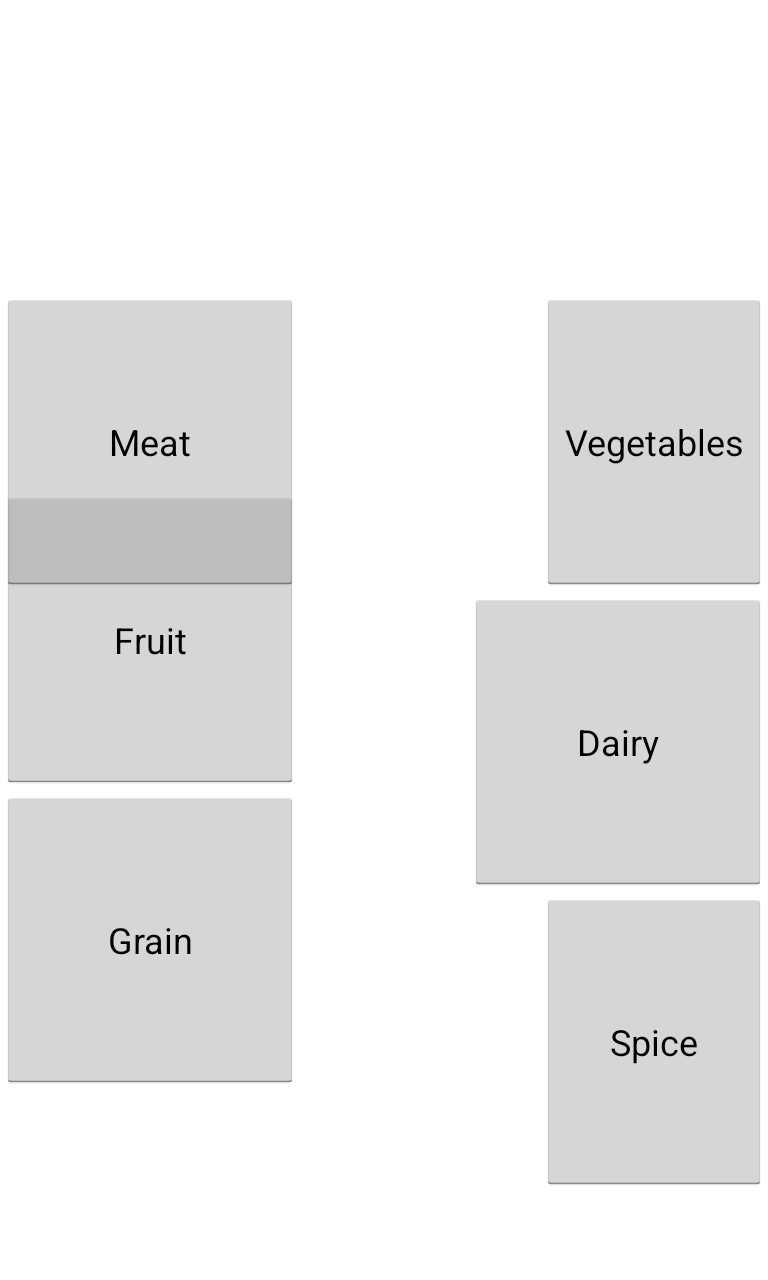
Repository: jmwood22/Boyardroid
Layout: Boyardroid/res/layout/activity_quick_recipe.xml
These files come from the project's save history. The layout is drawn as it stood at one moment and after the next save; the edit follows.
It is drawn on a 768 x 1280 px phone screen (xhdpi) without system bars, with theme AppTheme; the app's code is not run.

Above is the layout before, as saved 2013-02-22 02:01:39.

### Boyardroid/res/layout/activity_quick_recipe.xml
<RelativeLayout xmlns:android="http://schemas.android.com/apk/res/android"
    xmlns:tools="http://schemas.android.com/tools"
    android:layout_width="match_parent"
    android:layout_height="match_parent"
    tools:context=".QuickRecipe" >

    <Button
        android:id="@+id/spices"
        android:layout_width="150dp"
        android:layout_height="150dp"
        android:layout_alignBaseline="@+id/grains"
        android:layout_alignBottom="@+id/grains"
        android:layout_alignLeft="@+id/vegetables"
        android:text="@string/spice" />

    <Button
        android:id="@+id/vegetables"
        android:layout_width="wrap_content"
        android:layout_height="150dp"
        android:layout_above="@+id/dairy"
        android:layout_alignParentRight="true"
        android:text="@string/vegetable" />

    <Button
        android:id="@+id/fruit"
        android:layout_width="150dp"
        android:layout_height="150dp"
        android:layout_alignParentLeft="true"
        android:layout_centerVertical="true"
        android:text="@string/title_activity_fruit" />

    <Button
        android:id="@+id/meat"
        android:layout_width="150dp"
        android:layout_height="150dp"
        android:layout_above="@+id/dairy"
        android:layout_alignParentLeft="true"
        android:text="@string/meat" />

    <Button
        android:id="@+id/dairy"
        android:layout_width="150dp"
        android:layout_height="150dp"
        android:layout_alignBaseline="@+id/fruit"
        android:layout_alignBottom="@+id/fruit"
        android:layout_alignParentRight="true"
        android:text="@string/dairy" />

    <Button
        android:id="@+id/grains"
        android:layout_width="150dp"
        android:layout_height="150dp"
        android:layout_alignParentLeft="true"
        android:layout_below="@+id/fruit"
        android:text="@string/grain" />

</RelativeLayout>

### Boyardroid/res/values/strings.xml
<?xml version="1.0" encoding="utf-8"?>
<resources>

    <string name="app_name">BoyarDroid</string>
    <string name="quick_recipe">Quick Recipe</string>
    <string name="menu_settings">Settings</string>
    <string name="title_activity_quck_recipe">QuckRecipe</string>
    <string name="title_activity_quick_recipe">QuickRecipe</string>
    <string name="find_recipe">Find Recipes</string>
    <string name="hello_world">Hello world!</string>
    <string name="title_activity_home_screen">HomeScreen</string>
    <string name="title_activity_fridge">Fridge</string>
    <string name="fridge_button">Fridge</string>
    <string name="dinner_button">Dinner</string>
    <string name="breakfast_button">Breakfast</string>
    <string name="lunch_button">Lunch</string>
    <string name="user_button">User text</string>
    <string name="addIngredient_button">Add Ingredient</string>
    <string name="removeIngredient_button">Remove Ingredient</string>
    <string name="favoriteRecipe_button">Favorite Recipes</string>
    <string name="title_activity_fruit">Fruit</string>
    <string name="apple">Apple</string>
    <string name="banana">Banana</string>
    <string name="lemon">Lemon</string>
    <string name="lime">Lime</string>
    <string name="blueberry">Blueberry</string>
    <string name="grape">Grape</string>
    <string name="orange">Orange</string>
    <string name="meat">Meat</string>
    <string name="vegetable">Vegetables</string>
    <string name="dairy">Dairy</string>
    <string name="grain">Grain</string>
    <string name="spice">Spice</string>


</resources>

Loaded but not shown: Boyardroid/res/values/styles.xml (common file); Boyardroid/res/values-v11/styles.xml (common file); Boyardroid/res/values-v14/styles.xml (common file)

After the next save:
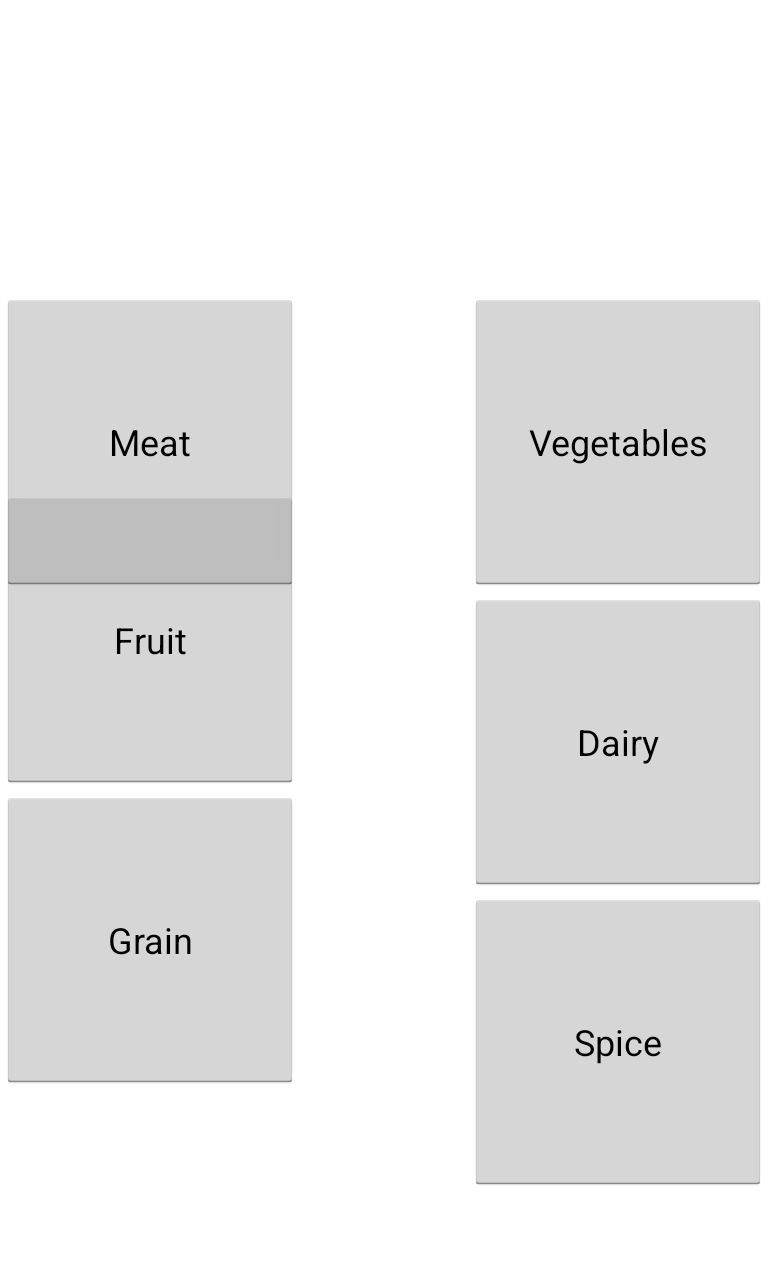
Saved 9 s later.
--- a/Boyardroid/res/layout/activity_quick_recipe.xml
+++ b/Boyardroid/res/layout/activity_quick_recipe.xml
@@ -15,7 +15,7 @@
 
     <Button
         android:id="@+id/vegetables"
-        android:layout_width="wrap_content"
+        android:layout_width="150dp"
         android:layout_height="150dp"
         android:layout_above="@+id/dairy"
         android:layout_alignParentRight="true"
